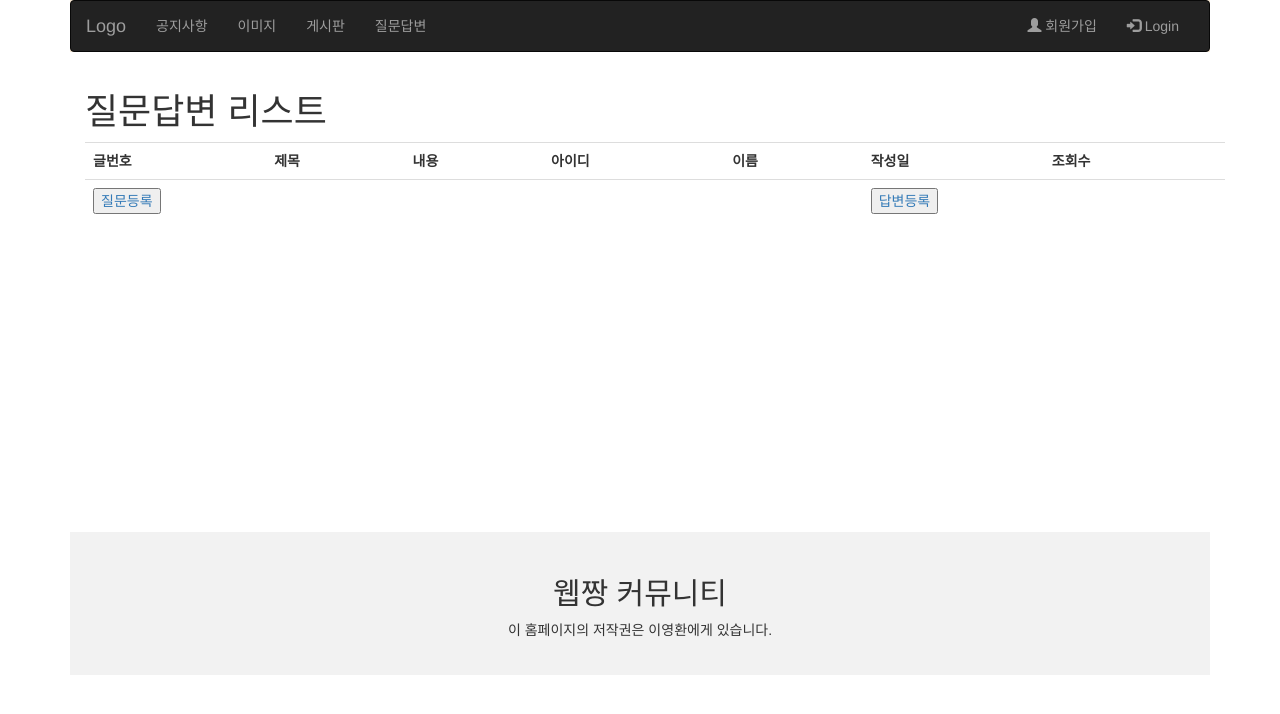
Repository: xo461/test
Page: http://localhost/webjjangcom_ver2/qna/list.jsp
These files come from the project's save history. The page is drawn as it stood at one moment and after the next save; the edit follows.
The browser window is 1280 px wide. The pictures show the whole page.
Some web libraries are served in a nearby version. The page is served by Tomcat 9. Queries for data that is not in the repository find no rows.

Above is the page before, as saved 2019-11-14 03:40:21.

After the next save:
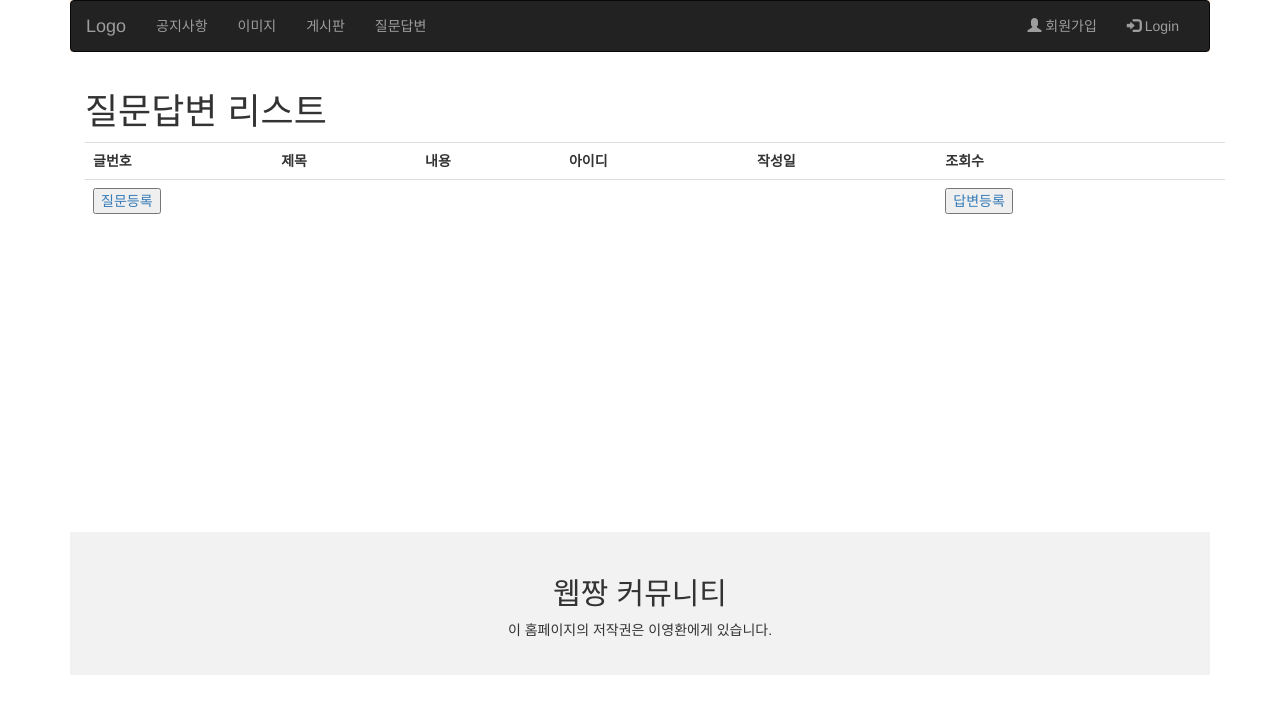
Saved 100 min 5 s later.
--- a/web/webjjangcom_ver2/WebContent/qna/list.jsp
+++ b/web/webjjangcom_ver2/WebContent/qna/list.jsp
@@ -42,7 +42,6 @@
 				<th>제목</th>
 				<th>내용</th>
 				<th>아이디</th>
-				<th>이름</th>
 				<th>작성일</th>
 				<th>조회수</th>
 			</tr>
@@ -53,7 +52,6 @@
 					<td>${dto.title }</td>
 					<td>${dto.content }</td>
 					<td>${dto.id }</td>
-					<td>${dto.name }</td>
 					<td>${dto.writeDate }</td>
 					<td>${dto.hit }</td>
 				</tr>
